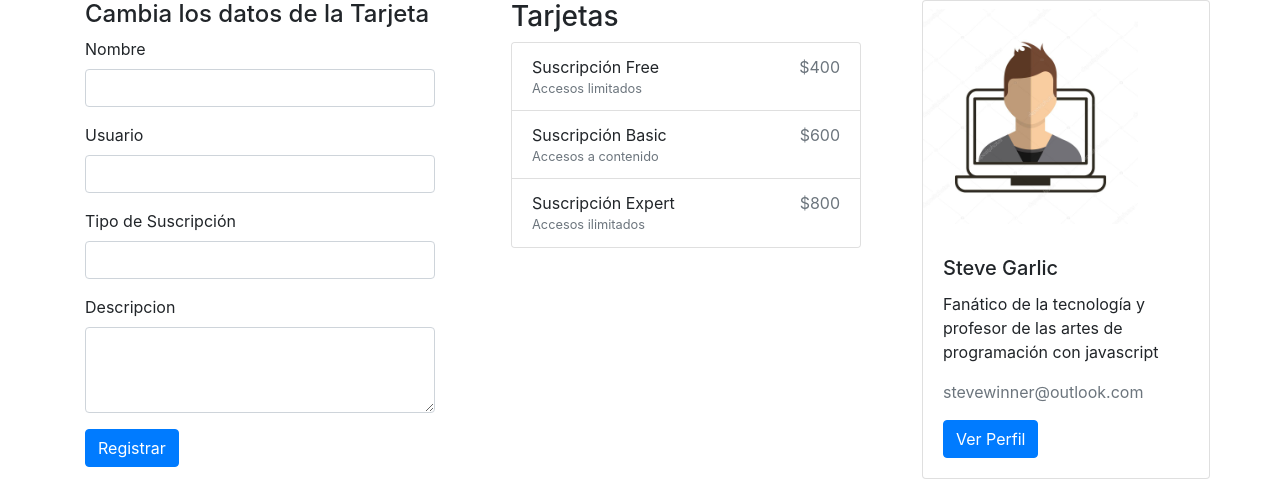
Repository: pedro-donoso/manipulacion-dom
Page: index.html
The author's editor kept a copy of each file at every save. The page is drawn from the files as they stood at one save, then again after a run of saves.
The browser window is 1280 px wide. The pictures show the part of the page from y = 602 to 1085 px (the page is 1085 px tall).

Above is the page before, as saved 2024-02-06 14:19:21.

After the next 2 saves:
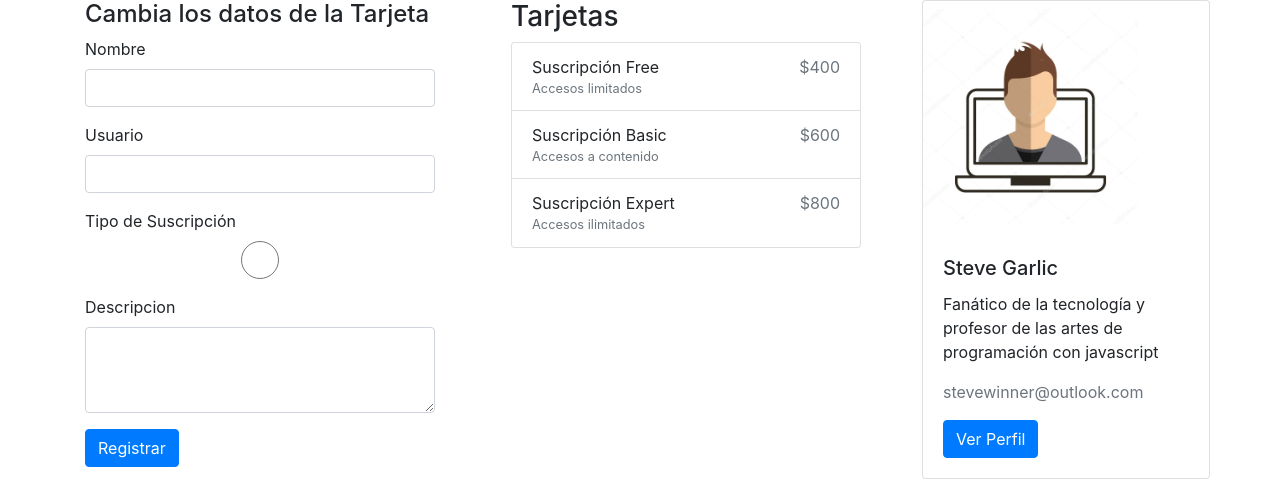
The 2 saves are shown as one change because they came seconds apart.
The last was saved 25 s later.
--- a/index.html
+++ b/index.html
@@ -40,7 +40,7 @@
                     <label>Usuario</label>
                     <input type="text" class="form-control mb-3" id="usuario">
                     <label>Tipo de Suscripción</label>
-                    <input type="email" class="form-control mb-3" id="email">
+                    <input type="radio" class="form-control mb-3" id="email">
                     <label>Descripcion</label>
                     <textarea rows="3" class="form-control mb-3" id="descripcion"></textarea>
                     <div>
